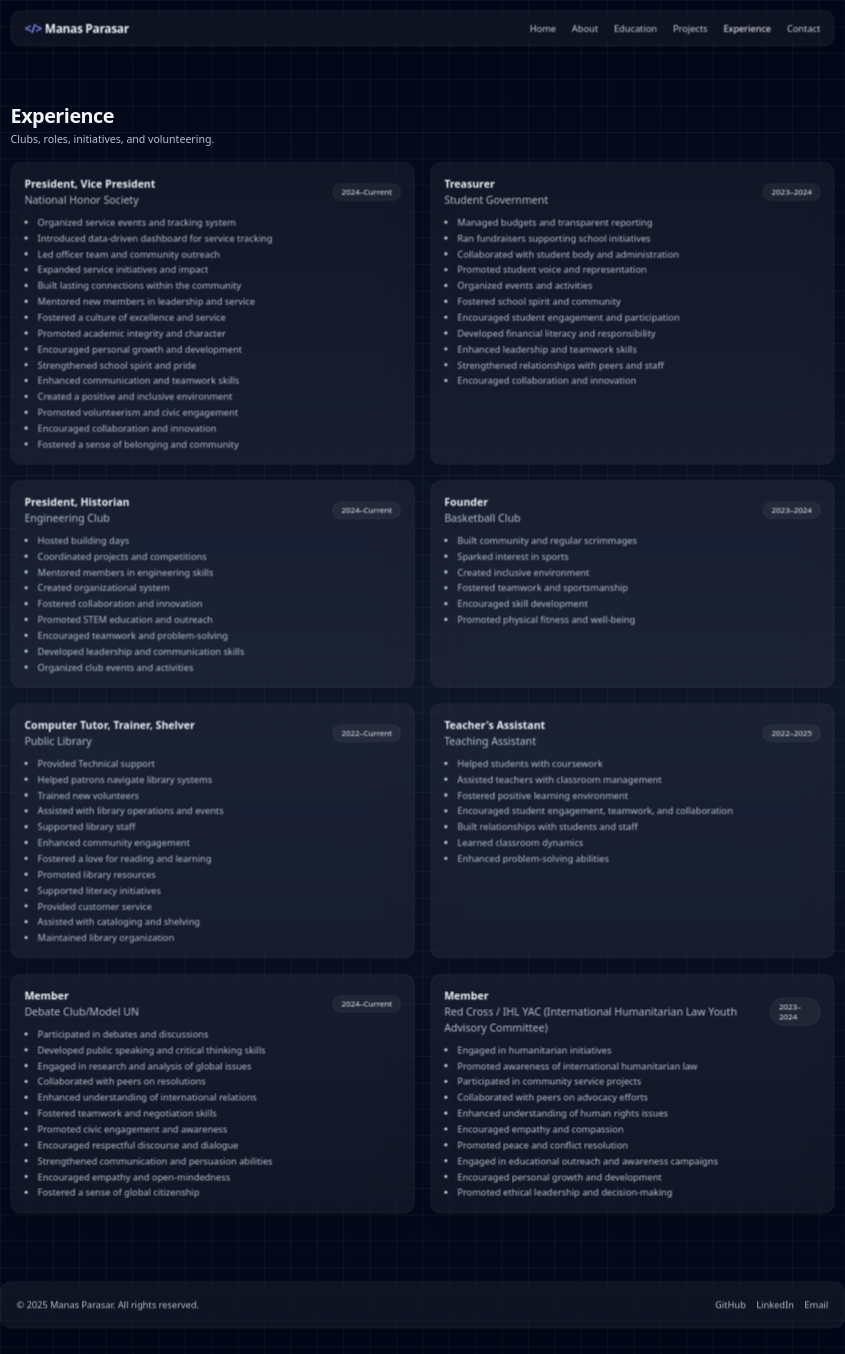
Repository: Manas-Parasar/portfolio-manas-parasar
Page: /experience
These files come from the project's save history. The page is drawn as it stood at one moment and after the next save; the edit follows.
The browser window is 1280 px wide. The pictures show the whole page, at 66% of full size.
The project was rebuilt for these pictures with package versions that can differ from the ones it lists, and the page was loaded fresh each time. Also part of the build but not shown: vite.config.js, src/components/Hero.jsx, src/components/ProjectCard.jsx, src/pages/Home.jsx, src/pages/About.jsx, src/pages/Projects.jsx, src/pages/Contact.jsx.

Above is the page before, as saved 2025-08-21 12:12:00.

### index.html
<!DOCTYPE html>
<html lang="en">
  <head>
    <meta charset="UTF-8" />
    <meta name="viewport" content="width=device-width, initial-scale=1.0" />
    <title>Manas Parasar — Portfolio</title>
    <meta
      name="description"
      content="Portfolio of Manas Parasar: projects, leadership, research, and impact."
    />
    <link rel="icon" href="/favicon.svg" />
  </head>
  <body
    class="min-h-screen bg-gradient-to-b from-slate-950 via-slate-900 to-slate-950 text-slate-100"
  >
    <div id="root"></div>
    <script type="module" src="/src/main.jsx"></script>
  </body>
</html>

### src/main.jsx
import { BrowserRouter } from "react-router-dom";
import "./index.css";
import React from "react";
import ReactDOM from "react-dom/client";
import App from "./App";

ReactDOM.createRoot(document.getElementById("root")).render(
  <React.StrictMode>
    <BrowserRouter>
      <App />
    </BrowserRouter>
  </React.StrictMode>
);

### src/index.css
@tailwind base;
@tailwind components;
@tailwind utilities;

html,
body {
  margin: 0;
  padding: 0;
  box-sizing: border-box;
  overscroll-behavior: none;
  overflow-x: hidden;
}

html {
  background-color: #0aa345; /* slate-900 */
}

html,
body {
  margin: 0;
  padding: 0;
  box-sizing: border-box;
}

html {
  background-color: #0f172a; /* slate-900 */
}

/* Subtle selection & scrollbar tweaks */
::selection {
  background: #175430;
  color: white;
}
::-webkit-scrollbar {
  width: 10px;
}
::-webkit-scrollbar-thumb {
  background: rgba(148, 184, 155, 0.4);
  border-radius: 999px;
}

/* Reusable utilities */
@layer utilities {
  .glass {
    @apply bg-white/5 backdrop-blur-xl border border-white/10 shadow-xl;
  }
  .btn {
    @apply inline-flex items-center gap-2 rounded-2xl px-5 py-2 font-medium transition;
  }
  .btn-primary {
    @apply btn bg-brand-600 hover:bg-brand-500 text-white;
  }
  .btn-ghost {
    @apply btn glass hover:bg-white/10;
  }
  .headline {
    @apply text-4xl md:text-5xl font-extrabold tracking-tight;
  }
  .subtle {
    @apply text-slate-300/90;
  }
}

### src/App.jsx
import { Routes, Route } from "react-router-dom";
import Navbar from "./components/Navbar";
import Footer from "./components/Footer";
import Home from "./pages/Home";
import About from "./pages/About";
import Projects from "./pages/Projects";
import Experience from "./pages/Experience";
import Contact from "./pages/Contact";
import Education from "./pages/Education";

export default function App() {
  return (
    <div className="min-h-screen flex flex-col bg-grid-sheer bg-grid-sheer bg-[length:40px_40px] overflow-hidden">
      <div className="absolute inset-0 -z-10 opacity-70" aria-hidden>
        <div className="absolute -top-40 -left-40 h-96 w-96 rounded-full bg-brand-500 blur-[120px] opacity-30 animate-float" />
      </div>
      <Navbar />
      <main className="container py-10 flex-grow">
        <Routes>
          <Route path="/" element={<Home />} />
          <Route path="/about" element={<About />} />
          <Route path="/education" element={<Education />} />
          <Route path="/projects" element={<Projects />} />
          <Route path="/experience" element={<Experience />} />
          <Route path="/contact" element={<Contact />} />
        </Routes>
      </main>
      <Footer />
    </div>
  );
}

### src/components/Navbar.jsx
import { Link, NavLink } from "react-router-dom";
import { Menu, X } from "lucide-react";
import { useState } from "react";

export default function Navbar() {
  const [open, setOpen] = useState(false);
  const nav = [
    { to: "/", label: "Home" },
    { to: "/about", label: "About" },
    { to: "/education", label: "Education" },
    { to: "/projects", label: "Projects" },
    { to: "/experience", label: "Experience" },
    { to: "/contact", label: "Contact" },
  ];

  const NavItems = ({ onClick }) => (
    <ul className="flex flex-col md:flex-row gap-4 md:gap-6 text-sm">
      {nav.map((n) => (
        <li key={n.to}>
          <NavLink
            to={n.to}
            onClick={onClick}
            className={({ isActive }) =>
              `transition hover:text-white ${
                isActive ? "text-white" : "text-slate-300"
              }`
            }
          >
            {n.label}
          </NavLink>
        </li>
      ))}
    </ul>
  );

  return (
    <header className="sticky top-0 z-50">
      <div className="container mt-4">
        <div className="glass rounded-2xl px-5 py-3 flex items-center justify-between">
          <Link to="/" className="font-black tracking-tight text-lg">
            <span className="text-brand-400">&lt;/&gt;</span> Manas Parasar
          </Link>
          <nav className="hidden md:block">
            <NavItems />
          </nav>
          <button
            className="md:hidden btn-ghost"
            onClick={() => setOpen(!open)}
            aria-label="Toggle Menu"
          >
            {open ? <X size={20} /> : <Menu size={20} />}
          </button>
        </div>
        {open && (
          <div className="md:hidden mt-2 glass rounded-2xl px-5 py-4">
            <NavItems onClick={() => setOpen(false)} />
          </div>
        )}
      </div>
    </header>
  );
}

### src/components/Footer.jsx
export default function Footer() {
  return (
    <footer className="mt-16 pb-10">
      <div className="container glass rounded-2xl p-6 flex flex-col md:flex-row items-center justify-between gap-4">
        <p className="text-sm subtle">
          © {new Date().getFullYear()} Manas Parasar. All rights reserved.
        </p>
        <div className="text-sm subtle flex gap-4">
          <a
            href="https://github.com/"
            target="_blank"
            className="hover:text-white"
          >
            GitHub
          </a>
          <a
            href="https://linkedin.com/"
            target="_blank"
            className="hover:text-white"
          >
            LinkedIn
          </a>
          <a href="mailto:manas@example.com" className="hover:text-white">
            Email
          </a>
        </div>
      </div>
    </footer>
  );
}

### src/pages/Experience.jsx
import { TimelineItem } from "../components/TimelineItem";
import Section from "../components/Section";

export default function Experience() {
  return (
    <>
      <Section
        title="Experience"
        subtitle="Clubs, roles, initiatives, and volunteering."
      >
        <div className="grid md:grid-cols-2 gap-6">
          <TimelineItem
            org="National Honor Society"
            role="President, Vice President"
            period="2024–Current"
            points={[
              "Organized service events and tracking system",
              "Introduced data-driven dashboard for service tracking",
              "Led officer team and community outreach",
              "Expanded service initiatives and impact",
              "Built lasting connections within the community",
              "Mentored new members in leadership and service",
              "Fostered a culture of excellence and service",
              "Promoted academic integrity and character",
              "Encouraged personal growth and development",
              "Strengthened school spirit and pride",
              "Enhanced communication and teamwork skills",
              "Created a positive and inclusive environment",
              "Promoted volunteerism and civic engagement",
              "Encouraged collaboration and innovation",
              "Fostered a sense of belonging and community",
            ]}
          />
          <TimelineItem
            org="Student Government"
            role="Treasurer"
            period="2023–2024"
            points={[
              "Managed budgets and transparent reporting",
              "Ran fundraisers supporting school initiatives",
              "Collaborated with student body and administration",
              "Promoted student voice and representation",
              "Organized events and activities",
              "Fostered school spirit and community",
              "Encouraged student engagement and participation",
              "Developed financial literacy and responsibility",
              "Enhanced leadership and teamwork skills",
              "Strengthened relationships with peers and staff",
              "Encouraged collaboration and innovation",
            ]}
          />
          <TimelineItem
            org="Engineering Club"
            role="President, Historian"
            period="2024–Current"
            points={[
              "Hosted building days",
              "Coordinated projects and competitions",
              "Mentored members in engineering skills",
              "Created organizational system",
              "Fostered collaboration and innovation",
              "Promoted STEM education and outreach",
              "Encouraged teamwork and problem-solving",
              "Developed leadership and communication skills",
              "Organized club events and activities",
            ]}
          />
          <TimelineItem
            org="Basketball Club"
            role="Founder"
            period="2023–2024"
            points={[
              "Built community and regular scrimmages",
              "Sparked interest in sports",
              "Created inclusive environment",
              "Fostered teamwork and sportsmanship",
              "Encouraged skill development",
              "Promoted physical fitness and well-being",
            ]}
          />
          <TimelineItem
            org="Public Library"
            role="Computer Tutor, Trainer, Shelver"
            period="2022–Current"
            points={[
              "Provided Technical support",
              "Helped patrons navigate library systems",
              "Trained new volunteers",
              "Assisted with library operations and events",
              "Supported library staff",
              "Enhanced community engagement",
              "Fostered a love for reading and learning",
              "Promoted library resources",
              "Supported literacy initiatives",
              "Provided customer service",
              "Assisted with cataloging and shelving",
              "Maintained library organization",
            ]}
          />
          <TimelineItem
            org="Teaching Assistant"
            role="Teacher's Assistant"
            period="2022–2025"
            points={[
              "Helped students with coursework",
              "Assisted teachers with classroom management",
              "Fostered positive learning environment",
              "Encouraged student engagement, teamwork, and collaboration",
              "Built relationships with students and staff",
              "Learned classroom dynamics",
              "Enhanced problem-solving abilities",
            ]}
          />
          <TimelineItem
            org="Debate Club/Model UN"
            role="Member"
            period="2024–Current"
            points={[
              "Participated in debates and discussions",
              "Developed public speaking and critical thinking skills",
              "Engaged in research and analysis of global issues",
              "Collaborated with peers on resolutions",
              "Enhanced understanding of international relations",
              "Fostered teamwork and negotiation skills",
              "Promoted civic engagement and awareness",
              "Encouraged respectful discourse and dialogue",
              "Strengthened communication and persuasion abilities",
              "Encouraged empathy and open-mindedness",
              "Fostered a sense of global citizenship",
            ]}
          />
          <TimelineItem
            org="Red Cross / IHL YAC (International Humanitarian Law Youth Advisory Committee) "
            role="Member"
            period="2023–2024"
            points={[
              "Engaged in humanitarian initiatives",
              "Promoted awareness of international humanitarian law",
              "Participated in community service projects",
              "Collaborated with peers on advocacy efforts",
              "Enhanced understanding of human rights issues",
              "Encouraged empathy and compassion",
              "Promoted peace and conflict resolution",
              "Engaged in educational outreach and awareness campaigns",
              "Encouraged personal growth and development",
              "Promoted ethical leadership and decision-making",
            ]}
          />
        </div>
      </Section>
    </>
  );
}

### src/pages/Education.jsx
import { FaJava } from "react-icons/fa";
import {
  SiJavascript,
  SiReact,
  SiPython,
  SiFirebase,
  SiTailwindcss,
  SiGit,
  SiHtml5,
  SiCss3,
  SiCplusplus,
} from "react-icons/si";
import React from "react";

const skills = [
  { name: "Java", icon: <FaJava />, color: "text-red-500" },
  { name: "React", icon: <SiReact />, color: "text-blue-500" },
  { name: "Python", icon: <SiPython />, color: "text-yellow-500" },
  { name: "Firebase", icon: <SiFirebase />, color: "text-yellow-400" },
  { name: "Tailwind", icon: <SiTailwindcss />, color: "text-teal-500" },
  { name: "Git", icon: <SiGit />, color: "text-orange-600" },
  { name: "HTML", icon: <SiHtml5 />, color: "text-orange-500" },
  { name: "CSS", icon: <SiCss3 />, color: "text-blue-600" },
  { name: "JavaScript", icon: <SiJavascript />, color: "text-yellow-300" },
  { name: "C++", icon: <SiCplusplus />, color: "text-blue-700" },
];

export default function Education() {
  return (
    <div className="space-y-6">
      <div className="glass rounded-3xl p-6 hover:shadow-glow transition">
        <h3 className="font-semibold mb-2 text-2xl text-brand-400">College</h3>
        <div className="subtle">
          <p className="font-bold">Paradise Valley Community College</p>
          <p>Associate of Science in Computer Science</p>
          <p>May 2026</p>
          <p>Phoenix, AZ</p>
        </div>
      </div>
      <div className="glass rounded-3xl p-6 hover:shadow-glow transition">
        <h3 className="font-semibold mb-2 text-2xl text-brand-400">
          High School
        </h3>
        <div className="subtle">
          <p className="font-bold">
            Arizona Agribusiness & Equine Center - Paradise Valley
          </p>
          <p>High School Diploma</p>
          <p>May 2026</p>
          <p>Phoenix, AZ</p>
        </div>
      </div>
      <div className="glass rounded-3xl p-6 hover:shadow-glow transition">
        <h3 className="font-semibold mb-2 text-2xl text-brand-400">
          Academics & Scores
        </h3>
        <ul className="subtle list-disc list-inside space-y-1">
          <li>Digital SAT: 1530 (770 Math, 760 English)</li>
          <li>ACT: 35 (36 Math, 36 Science, 36 English, 33 Reading)</li>
          <li>GPA: 4.00 (Unweighted)</li>
        </ul>
      </div>
      <div className="glass rounded-3xl p-6 hover:shadow-glow transition">
        <h3 className="font-semibold mb-2 text-2xl text-brand-400">
          Related Coursework
        </h3>
        <div className="grid grid-cols-1 md:grid-cols-2 gap-4 subtle">
          <div>
            <ul className="list-disc list-inside space-y-1">
              <li>Geometry 1-2</li>
              <li>Algebra 3-4</li>
              <li>Pre-Calculus 1-2</li>
              <li>College Algebra/Functions (MAT151)</li>
              <li>Calculus with Analytical Geometry I (MAT220)</li>
              <li>Calculus with Analytical Geometry II (MAT230)</li>
              <li>Biology 1-2</li>
            </ul>
          </div>
          <div>
            <ul className="list-disc list-inside space-y-1">
              <li>Chemistry 1-2</li>
              <li>University Physics I: Mechanics (PHY121)</li>
              <li>Introduction to Computer Science (Java) (CSC110AB)</li>
              <li>
                Object Oriented Programming and Data Structures (CSC205AC)
              </li>
              <li>Digital Design Fundamentals (CSC120)</li>
              <li>
                Introduction to Different Programming Languages (CSC240AA)
              </li>
              <li>Introduction to Logic (PHI103)</li>
            </ul>
          </div>
        </div>
      </div>
      <div className="glass rounded-3xl p-6 hover:shadow-glow transition">
        <h3 className="font-semibold mb-2 text-2xl text-brand-400">Skills</h3>
        <div className="grid grid-cols-2 md:grid-cols-4 gap-4">
          {skills.map((skill, index) => (
            <React.Fragment key={skill.name}>
              {index === 8 && <div className="hidden md:block col-span-1" />}
              <div className="flex items-center gap-4 bg-white/5 p-4 rounded-lg transition-all duration-300 ease-in-out hover:bg-white/10 hover:scale-105 hover:shadow-glow">
                <div className={`text-4xl ${skill.color}`}>{skill.icon}</div>
                <div>
                  <h4 className="font-bold">{skill.name}</h4>
                </div>
              </div>
            </React.Fragment>
          ))}
        </div>
      </div>
    </div>
  );
}

### src/components/Section.jsx
export default function Section({ title, subtitle, children, cta }) {
  return (
    <section className="mt-12">
      <div className="flex items-end justify-between gap-4 mb-6">
        <div>
          <h2 className="text-2xl md:text-3xl font-bold tracking-tight">
            {title}
          </h2>
          {subtitle && <p className="subtle mt-1">{subtitle}</p>}
        </div>
        {cta}
      </div>
      <div className="grid gap-6">{children}</div>
    </section>
  );
}

### src/components/TimelineItem.jsx
export function TimelineItem({ org, role, period, points = [] }) {
  return (
    <div className="glass rounded-2xl p-5">
      <div className="flex flex-col md:flex-row md:items-center md:justify-between">
        <div>
          <h3 className="font-semibold">{role}</h3>
          <p className="subtle">{org}</p>
        </div>
        <span className="text-xs mt-2 md:mt-0 px-3 py-1 rounded-full bg-white/5 border border-white/10">
          {period}
        </span>
      </div>
      {points?.length > 0 && (
        <ul className="list-disc list-inside mt-3 text-sm subtle space-y-1">
          {points.map((p, i) => (
            <li key={i}>{p}</li>
          ))}
        </ul>
      )}
    </div>
  );
}

### tailwind.config.js
/** @type {import('tailwindcss').Config} */
export default {
  content: ["./index.html", "./src/**/*.{js,jsx,ts,tsx}"],
  theme: {
    extend: {
      container: { center: true, padding: "1rem" },
      fontFamily: {
        display: ["Inter", "ui-sans-serif", "system-ui"],
      },
      colors: {
        brand: {
          50: "#eef2ff",
          100: "#e0e7ff",
          200: "#c7d2fe",
          300: "#a5b4fc",
          400: "#818cf8",
          500: "#6366f1",
          600: "#4f46e5",
          700: "#4338ca",
          800: "#3730a3",
          900: "#312e81",
        },
      },
      boxShadow: {
        glow: "0 0 0 0 rgba(99,102,241,0.5), 0 0 80px 10px rgba(99,102,241,0.25)",
      },
      backgroundImage: {
        "grid-sheer":
          "linear-gradient(rgba(255,255,255,0.04) 1px, transparent 1px), linear-gradient(90deg, rgba(255,255,255,0.04) 1px, transparent 1px)",
      },
      backgroundSize: {
        "grid-sheer": "40px 40px",
      },
      animation: {
        float: "float 6s ease-in-out infinite",
        shimmer: "shimmer 4s linear infinite",
      },
      keyframes: {
        float: {
          "0%, 100%": { transform: "translateY(0px)" },
          "50%": { transform: "translateY(-10px)" },
        },
        shimmer: {
          "0%": { backgroundPosition: "-200% 0" },
          "100%": { backgroundPosition: "200% 0" },
        },
      },
    },
  },
  plugins: [],
};

After the next save:
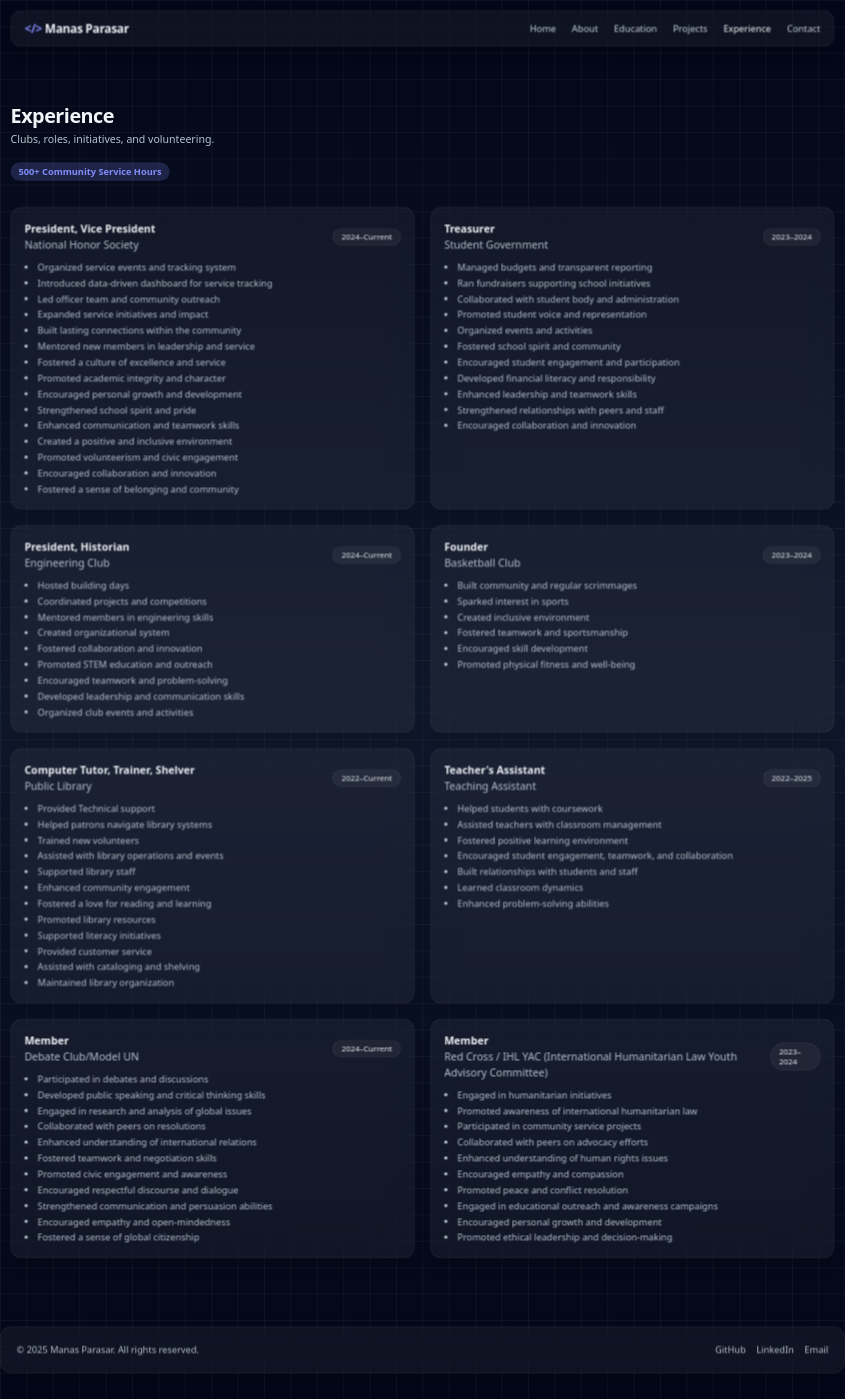
Saved 2 h 55 min later.
--- a/src/pages/Experience.jsx
+++ b/src/pages/Experience.jsx
@@ -8,6 +8,11 @@ export default function Experience() {
         title="Experience"
         subtitle="Clubs, roles, initiatives, and volunteering."
       >
+        <div className="mb-4 w-fit">
+          <span className="inline-block bg-brand-400/20 rounded-full px-3 py-1 text-sm font-semibold text-brand-400">
+            500+ Community Service Hours
+          </span>
+        </div>
         <div className="grid md:grid-cols-2 gap-6">
           <TimelineItem
             org="National Honor Society"
